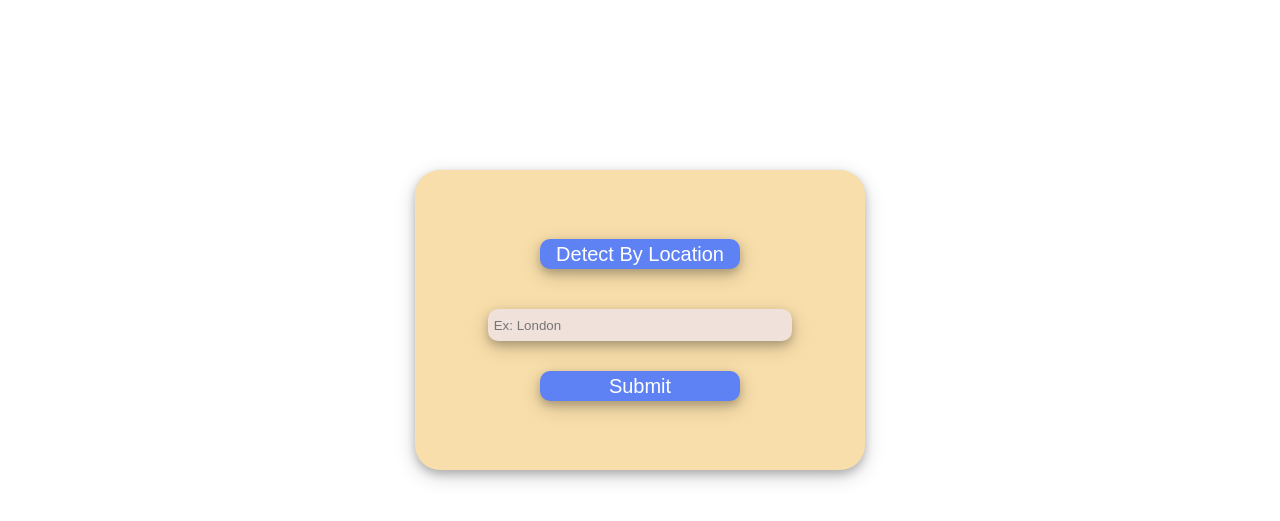
Repository: ahmedazawi/weather-app
Page: /
These files come from the project's save history. The page is drawn as it stood at one moment and after the next save; the edit follows.
The browser window is 1280 px wide. The pictures show the whole page.
The project was rebuilt for these pictures with package versions that can differ from the ones it lists, and the page was loaded fresh each time. Also part of the build but not shown: src/layout/Header.js, src/assets/css/details.css, src/assets/data/ContextApi.js, src/assets/css/SevenDaysCards.css, src/components/card.js, src/components/SevenDaysCards.js, src/assets/data/Api.js, src/components/Map.js and 2 more.

Above is the page before, as saved 2022-11-30 22:58:28.

After the next save:
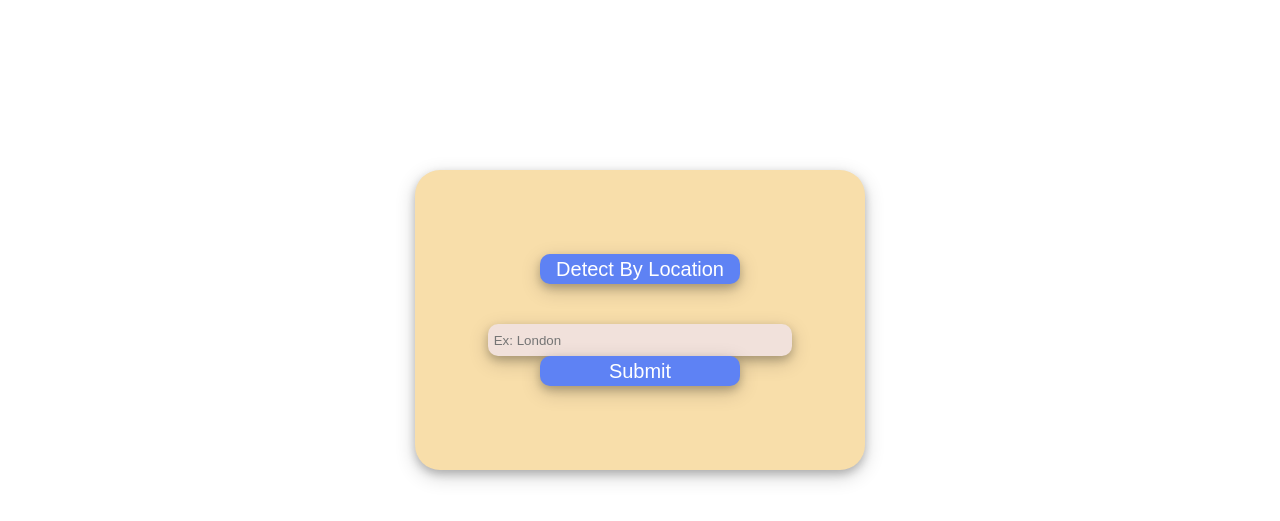
Saved 18 s later.
--- a/src/App.css
+++ b/src/App.css
@@ -55,7 +55,7 @@ body {
   display: flex;
   flex-direction: column;
   align-items: center;
-  gap: 30px;
+  /* gap: 30px; */
 }
 .App .btn {
   border: none;

After the save that followed:
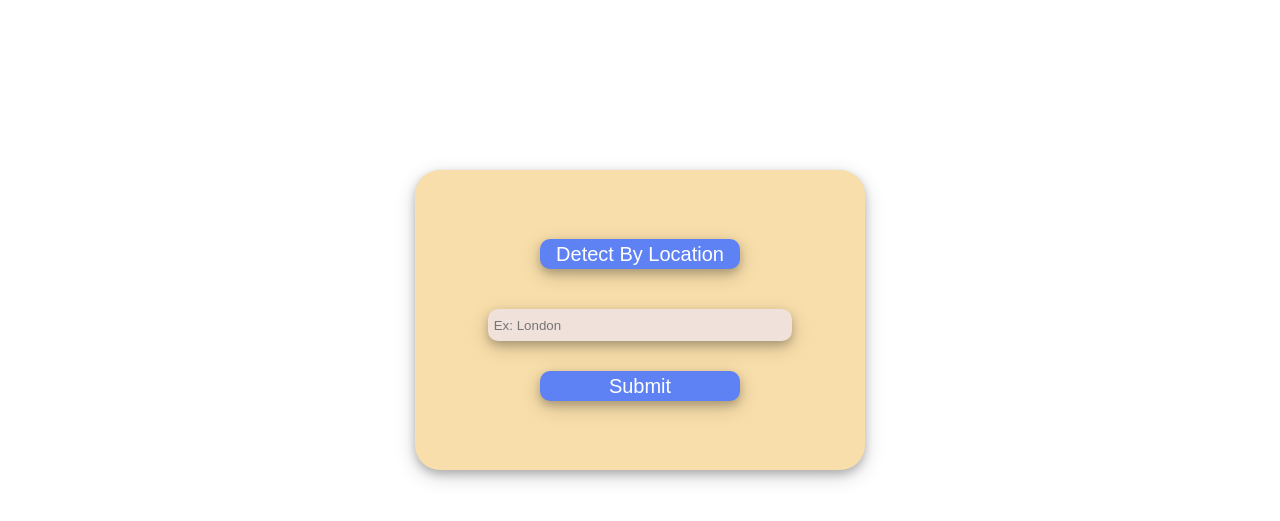
Saved 4 s later.
--- a/src/App.css
+++ b/src/App.css
@@ -55,7 +55,7 @@ body {
   display: flex;
   flex-direction: column;
   align-items: center;
-  /* gap: 30px; */
+  gap: 30px;
 }
 .App .btn {
   border: none;
